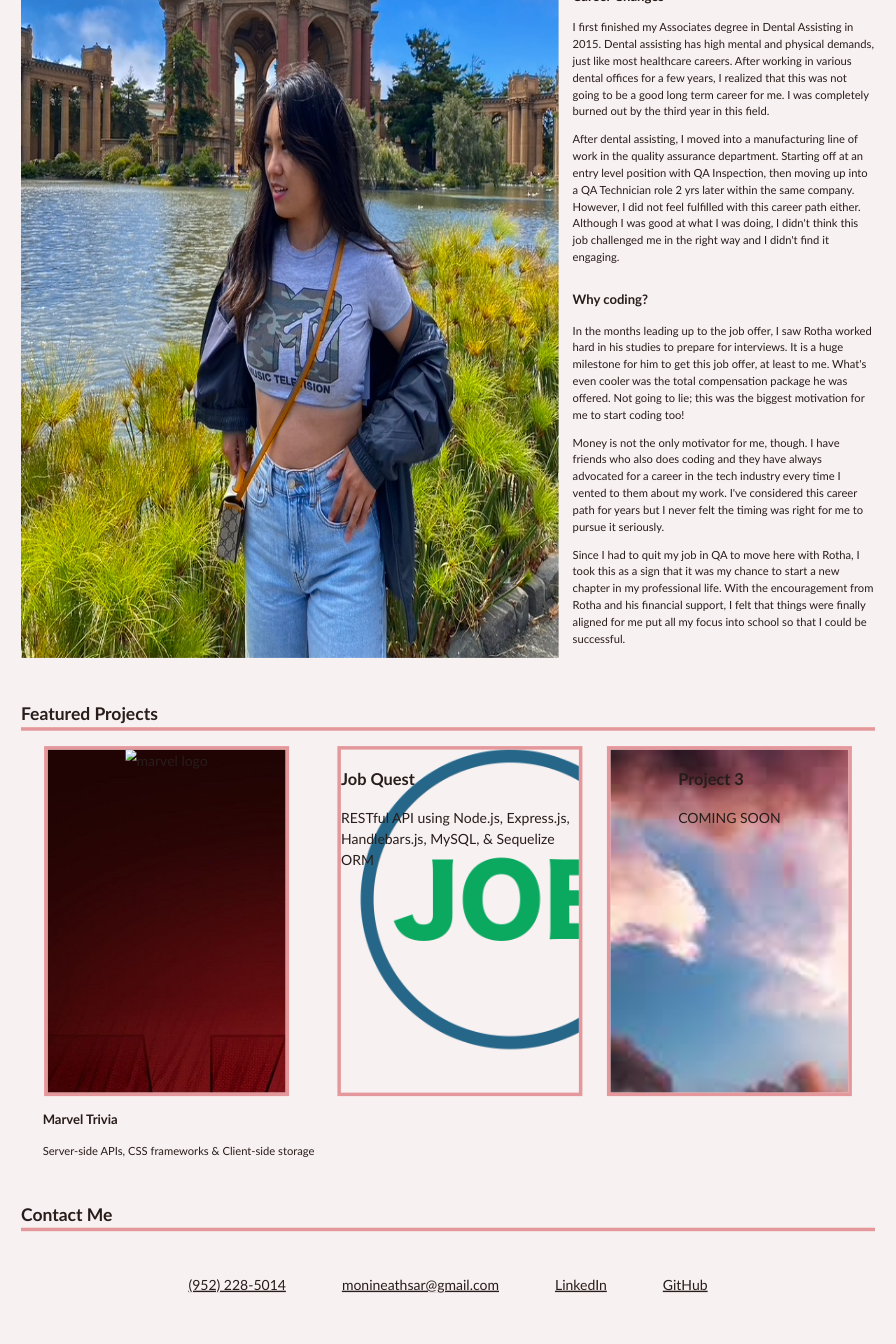
Repository: monineathsar/Challenge-2
Page: index.html
The author's editor kept a copy of each file at every save. The page is drawn from the files as they stood at one save, then again after the next save.
The browser window is 1280 px wide. The pictures show the part of the page from y = 677 to 2597 px (the page is 2597 px tall before and 2509 px after), at 70% of full size.

Above is the page before, as saved 2022-08-13 13:05:13.
Not found: assets/images/marvel logo.jpeg

### index.html
<!DOCTYPE html>
<html lang="en">

<head>
    <meta charset="UTF-8">
    <meta http-equiv="X-UA-Compatible" content="IE=edge">
    <meta name="viewport" content="width=device-width, initial-scale=1.0">
    <title>Sar, M. / Full-Stack Developer</title>
    <link rel="stylesheet" href="./assets/css/style.css">
</head>

<body>
    <!--main page header and nav bar-->
    <header>
        <div>
            <h1>Monineath Sar</h1>
            <span>Full-Stack bootcamp graduate of UCB Extention</span>
        </div>
        <nav>
            <a href="#about"><b>About Me</b></a>
            <a href="#projects"><b>Featured Projects</b></a>
            <a href=""><b>Resume</b></a>
            <a href="#contact"><b>Contact Me</b></a>
        </nav>
    </header>
    <main>
        <!--"About me" container-->
        <section id="about" class="page-section">
            <h2>About Me</h2>
            <!--tab links-->
            <div class="aboutMeDiv">
                <img src="./assets/images/profilePic.JPG" alt="Monineath Sar" width="auto" height="auto">
                <!--"Who am I" paragraph-->
                <div class="aboutMeSection">
                    <section id="who">
                        <h3>Who am I?</h3>
                        <p>
                            Hello all! My name is Monineath (MOH-ni-neeth). I know, it is a
                            unique name, isn't it? My grandpa named me after the Queen of Cambodia.
                            This was already a rare name back in my home country, but after coming
                            to the U.S. at the age of 8, I realize this name was even more of "one-of-a-kind".
                        </p>
                        <p>
                            I've lived in Minnesota ever since coming to the U.S.
                            You would think that I would've tolerated the winters pretty well after
                            spending most of my life with Minnesota cold temps (winter of 2020, temps
                            reached as cold as -30°F!). But nope, since my boyfriend, Rotha and I moved to San Jose in
                            March 2022, I've complained to him almost everyday that it's chilly here while completely
                            forgetting that we used to put up with snow in April in Minnesota.
                        </p>
                    </section>
                    <!--"work history" paragraph-->
                    <section id="work">
                        <h3>Career Changes</h3>
                        <p>
                            I first finished my Associates degree in Dental Assisting in 2015. Dental assisting has high
                            mental and physical demands, just like most healthcare careers. After working in various
                            dental offices for a few years, I realized that this was not going to be a good long term
                            career for me. I was completely burned out by the third year in this field.
                        <p>
                            After dental assisting, I moved into a manufacturing line of work in the quality
                            assurance department. Starting off at an entry level position with QA Inspection, then
                            moving up into a QA Technician role 2 yrs later within the same company. However, I did not
                            feel fulfilled with this career path either. Although I was good at what I was doing, I
                            didn't think this job challenged me in the right way and I didn't find it engaging.
                        </p>
                    </section>
                    <!--"why coding" paragraph-->
                    <section id="why">
                        <h3>Why coding?</h3>
                        <p>
                            In the months leading up to the job offer, I saw Rotha worked hard in his studies to prepare
                            for interviews. It is a huge milestone for him to get this job offer, at least
                            to me. What's even cooler was the total compensation package he was offered.
                            Not going to lie; this was the biggest motivation for me to start coding too!
                        </p>
                        <p>
                            Money is not the only motivator for me, though. I have friends
                            who also does coding and they have always advocated for a career in the tech
                            industry every time I vented to them about my work. I've considered this
                            career path for years but I never felt the timing was right for me to pursue it seriously.
                        </p>
                        <p>
                            Since I had to quit my job in QA to move here with Rotha, I took this as a sign that it was
                            my chance to start a new chapter in my professional life. With the encouragement from Rotha
                            and his financial support, I felt that things were finally aligned for me put all my focus
                            into school so that I could be successful.
                        </p>
                    </section>
                </div>
            </div>
        </section>
        <!--Featured Projects Container-->
        <section id="projects" class="page-section">
            <h2>Featured Projects</h2>
            <div class="projectContainer">


                <div>
                    <a href="https://monineathsar.github.io/Marvel_Trivia1.0/" class="projectsBoxes project1"
                    target="_blank"><img src="./assets/images/marvel logo.jpeg" alt="marvel logo"></a>
                    <h3>Marvel Trivia</h3>
                    <span>Server-side APIs, CSS frameworks & Client-side storage</span>
                </div>


                <a href="https://jobquest.herokuapp.com/" class="projectsBoxes project2" target="_blank">
                    <div>
                        <h3>Job Quest</h3>
                        <span>RESTful API using Node.js, Express.js, Handlebars.js, MySQL, & Sequelize ORM </span>
                    </div>
                </a>

                <a href="" class="projectsBoxes project3">
                    <div>
                        <h3>Project 3</h3>
                        <span>COMING SOON</span>
                    </div>
                </a>
            </div>
        </section>
        <section id="contact" class="page-section">
            <h2>Contact Me</h2>
            <div class="contactMe">
                <a href="tel:+9522285014">(952) 228-5014</a>
                <a href="mailto:monineathsar@gmail.com">monineathsar@gmail.com</a>
                <a href="https://www.linkedin.com/in/monineath-sar-978657236/">LinkedIn</a>
                <a href="https://github.com/monineathsar">GitHub</a>
            </div>
        </section>
    </main>

</body>

</html>

### assets/css/style.css
* {
    box-sizing: border-box;
}
body {
    margin: 0;
    padding: 0;
    font-family: 'Trebuchet MS', 'Lucida Sans Unicode', 'Lucida Grande', 'Lucida Sans', Arial, sans-serif;
    color: #271D1B;
    background-color: #F8F1F1;
    line-height: 1.5;
}
/*Header Flex container*/
header {
    padding: 0px 15px 0px 30px;
    display: flex;
    flex-direction: row;
    justify-content: space-between;
    flex-wrap: wrap;
    align-items: flex-start;
}

/*My name and span message flexbox*/
header div {
    display: flex;
    justify-content: end;
    flex-direction: column;
    flex-wrap: wrap;
    align-items: flex-start;
    color: #F8F1F1;
    padding: 0px 85px 0px 50px;
    margin: 0px;
    background-color: #E5989B;
}

/*Header Nav Flexbox*/
header nav {
    display: flex;
    flex-direction: row;
    flex-wrap: wrap;
    font-size: large;
    margin-top: 30px;
    padding: 0px;
}

/*Header Nav Bar text style*/
nav a {
    margin-left: 30px;
    padding: 15px;
    text-decoration: none;
    color: #271D1B;
}

main {
    margin-top: 10px;
    margin-bottom: 20px;
}

.page-section {
    display: flex;
    flex-direction: column;
    flex-wrap: wrap;
    margin: 20px;
    padding: 10px;
}

h2 {
    border-bottom: 5px solid #E5989B;
    font-size: 25px;
}

/*AboutMe-section container */
.aboutMeDiv {
    display: flex;
    justify-content: flex-start;
    flex-direction: row;
    flex-wrap: nowrap;
}

/*AboutMe flexbox*/
.aboutMeSection {
    display: flex;
    justify-content: flex-start;
    flex-direction: column;
    flex-wrap: wrap;
    align-items: flex-start;
    margin-left: 20px;
}

/*Project-setion container*/
.projectContainer {
    display: flex;
    flex-wrap: wrap;
    flex-direction: row;
    justify-content: space-evenly;
}

/*Each project flexboxes*/
.projectsBoxes {
    display: flex;
    align-items: flex-start;
    justify-content: center;
    padding: 0 0 20px 0;
    margin: 2px;
    text-decoration: none;
    border: 5px solid #E5989B;
    color: #271D1B;
    height: 500px;
    width: 350px;
    background-size: 250%;
}

/*background pics of project flexboxes*/
.project1 {
    background-image: url('marvelLogo.jpg');
    object-fit: contain;
}

.project2 {
    background-image: url(./images/JobQuestLogo.jpeg);
}

.project3 {
    background-image: url(/Users/monineathsar/Desktop/Bootcamp/homework/Challenge-2/assets/images/images3.jpeg);
}
/*Contact me container*/
.contactMe {
    display: flex;
    justify-content: center;
    flex-direction: row;
    align-items: center;
    flex-wrap: wrap;
}
/*contact me nav bar flexbox*/
div a {
    display: flex;
    justify-content: space-between;
    flex-wrap: nowrap;
    align-items: center;
    margin: 20px;
    padding: 20px;
    color: #271D1B;
    font-size: 20px;
}

After the next save:
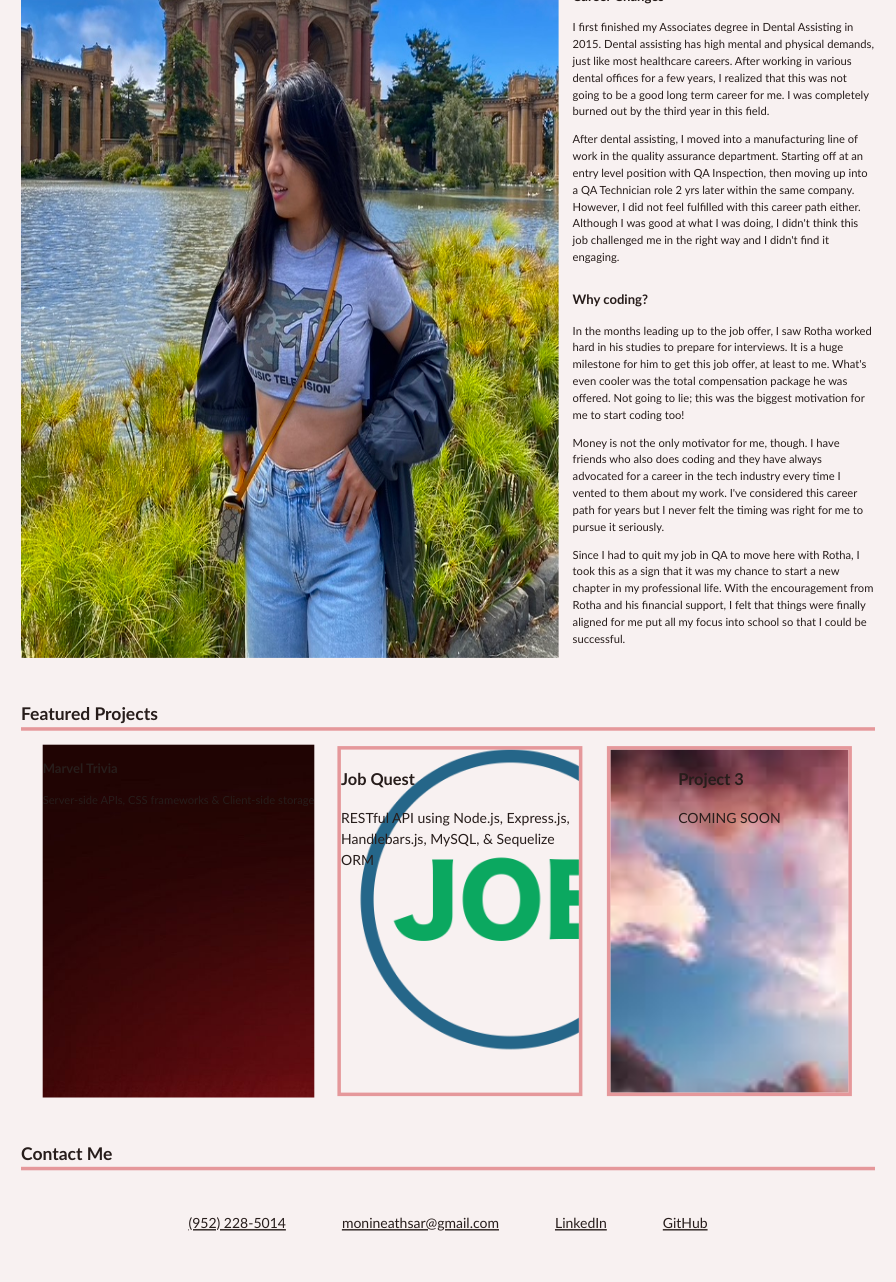
Saved 47 s later.
--- a/index.html
+++ b/index.html
@@ -96,9 +96,9 @@
             <div class="projectContainer">
 
 
-                <div>
-                    <a href="https://monineathsar.github.io/Marvel_Trivia1.0/" class="projectsBoxes project1"
-                    target="_blank"><img src="./assets/images/marvel logo.jpeg" alt="marvel logo"></a>
+                <div class="project1">
+                    <!-- <a href="https://monineathsar.github.io/Marvel_Trivia1.0/" class="projectsBoxes project1"
+                    target="_blank"><img src="./assets/images/marvel logo.jpeg" alt="marvel logo"></a> -->
                     <h3>Marvel Trivia</h3>
                     <span>Server-side APIs, CSS frameworks & Client-side storage</span>
                 </div>
